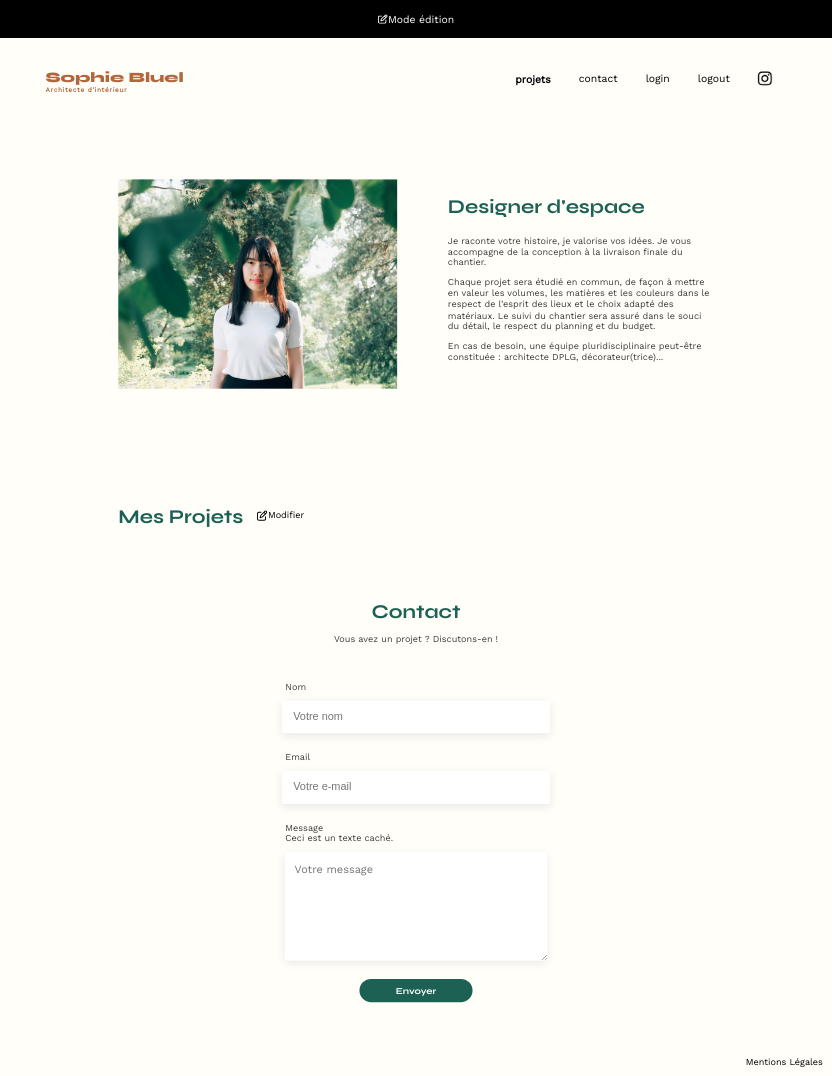
Repository: BlueSoley23/openclassrooms
Page: FrontEnd/index.html
These files come from the project's save history. The page is drawn as it stood at one moment and after the next save; the edit follows.
The browser window is 1280 px wide. The pictures show the whole page, at 65% of full size.
The page's requests for data from a server got no answer.

Above is the page before, as saved 2023-12-21 05:25:15.
Console error: TypeError: categories is not iterable

After the next save:
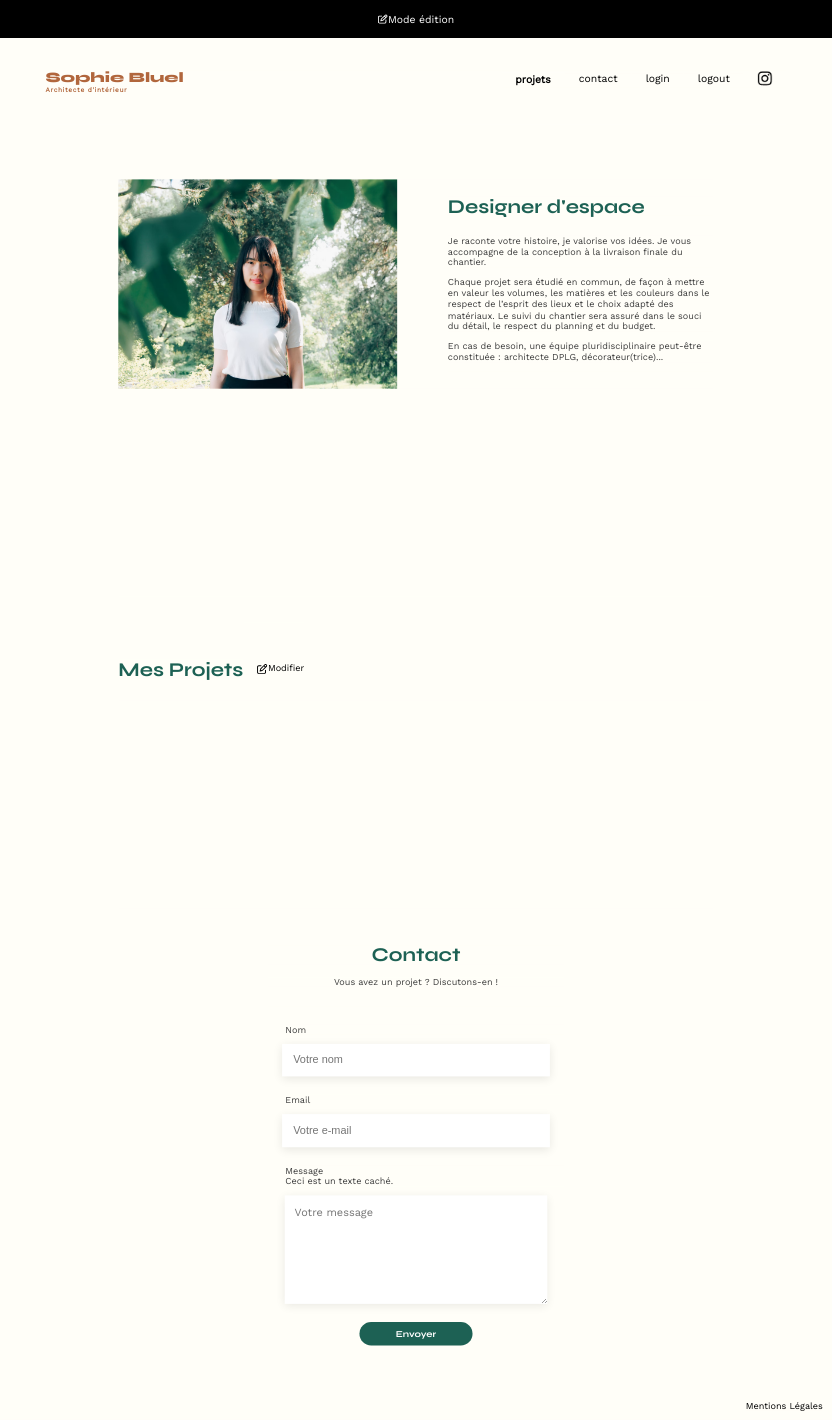
Saved 14 s later.
--- a/FrontEnd/assets/css/style.css
+++ b/FrontEnd/assets/css/style.css
@@ -581,7 +581,7 @@
 		display: flex;
 		flex-direction: row;
 		align-items: center;
-		margin: auto;
+		margin: 25vw 0;
 	  }
 
 	  .modifier-link__content {
